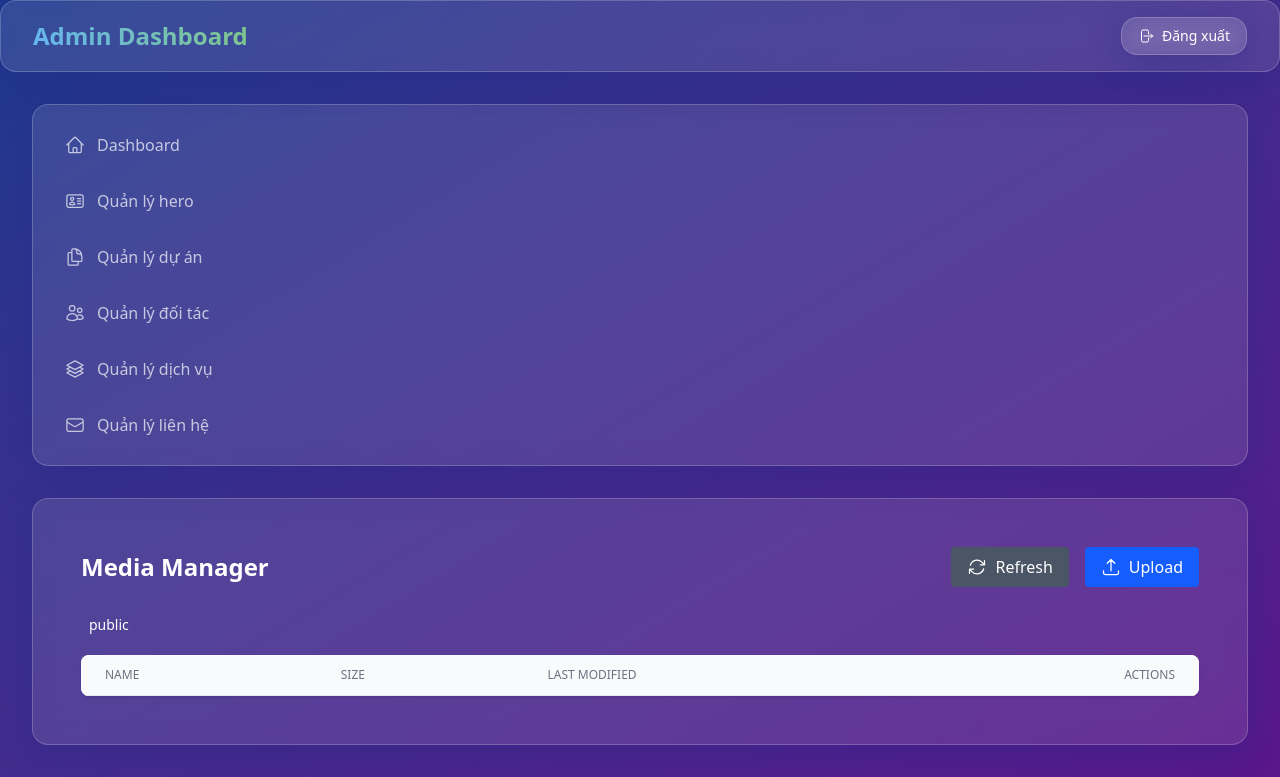
Repository: nguyenkhuyen158/voice-talent2
Page: /admin/media
These files come from the project's save history. The page is drawn as it stood at one moment and after the next save; the edit follows.
The browser window is 1280 px wide. The pictures show the whole page.
The page's requests for data from a server got no answer. The project was rebuilt for these pictures with package versions that can differ from the ones it lists, and the page was loaded fresh each time. The framework's server and built-in components were replaced by stand-ins that run in the browser. No one was signed in, and anything a server would have sent is missing. Also part of the build but not shown: next.config.ts.

Above is the page before, as saved 2025-06-19 10:16:54.

### app/admin/layout.tsx
'use client';
import { useState } from 'react';
import Link from 'next/link';
import { useRouter, usePathname } from 'next/navigation';
import {
  DocumentDuplicateIcon,
  UsersIcon,
  ArrowRightOnRectangleIcon,
  HomeIcon,
  EnvelopeIcon,
  Square3Stack3DIcon,
  IdentificationIcon
} from '@heroicons/react/24/outline';
import { toast } from 'react-hot-toast';

const menuItems = [
  {
    name: 'Dashboard',
    href: '/admin/dashboard',
    icon: HomeIcon
  },
  {
    name: 'Quản lý hero',
    href: '/admin/hero',
    icon: IdentificationIcon
  },  {
    name: 'Quản lý dự án',
    href: '/admin/projects',
    icon: DocumentDuplicateIcon
  },
  {
    name: 'Quản lý đối tác',
    href: '/admin/partners',
    icon: UsersIcon
  },
  {
    name: 'Quản lý dịch vụ',
    href: '/admin/services',
    icon: Square3Stack3DIcon
  },
  {
    name: 'Quản lý liên hệ',
    href: '/admin/contact',
    icon: EnvelopeIcon
  }
];

export default function AdminLayout({ children }: { children: React.ReactNode }) {
  const router = useRouter();
  const pathname = usePathname();
  const [isLoading, setIsLoading] = useState(false);

  const isLoginPage = pathname === '/admin/login';

  const handleLogout = async () => {
    setIsLoading(true);
    try {
      const response = await fetch('/api/auth/login', {
        method: 'DELETE',
      });

      if (response.ok) {
        toast.success('Đăng xuất thành công');
        router.push('/admin/login');
        router.refresh();
      }
    } catch (error) {
      toast.error('Lỗi khi đăng xuất');
    } finally {
      setIsLoading(false);
    }
  };
  if (isLoginPage) {
    return (
      <div className="min-h-screen bg-gradient-to-br from-blue-900 to-purple-900">
        {children}
      </div>
    );
  }

  return (
    <div className="min-h-screen bg-gradient-to-br from-blue-900 to-purple-900">
      {/* Header */}
      <header className="glass-card backdrop-blur-md border-b border-white/10 sticky top-0 z-50">
        <div className="max-w-7xl mx-auto px-4 sm:px-6 lg:px-8 py-4">
          <div className="flex items-center justify-between">
            <h1 className="text-2xl font-bold gradient-text">Admin Dashboard</h1>
            <button
              onClick={handleLogout}
              disabled={isLoading}
              className="px-4 py-2 text-sm flex items-center gap-2 glass-card hover:bg-white/5 transition-colors rounded-lg"
            >
              <ArrowRightOnRectangleIcon className="w-4 h-4" />
              {isLoading ? 'Đang xử lý...' : 'Đăng xuất'}
            </button>
          </div>
        </div>
      </header>

      {/* Side Navigation */}
      <div className="max-w-7xl mx-auto px-4 sm:px-6 lg:px-8 py-8">
        <div className="grid lg:grid-cols-[240px,1fr] gap-8">
          <nav className="glass-card p-4 h-fit">
            <ul className="space-y-2">
              {menuItems.map((item) => {
                const isActive = pathname === item.href;
                return (
                  <li key={item.href}>
                    <Link
                      href={item.href}
                      className={`flex items-center gap-3 px-4 py-3 rounded-lg transition-all ${
                        isActive
                          ? 'bg-blue-600/20 text-blue-400'
                          : 'hover:bg-white/5 text-white/70 hover:text-white'
                      }`}
                    >
                      <item.icon className="w-5 h-5" />
                      <span>{item.name}</span>
                    </Link>
                  </li>
                );
              })}
            </ul>
          </nav>

          {/* Main Content */}
          <main className="glass-card p-6">
            {children}
          </main>
        </div>
      </div>
    </div>
  );
}

### app/admin/media/layout.tsx
export const metadata = {
  title: 'Media Manager - Admin - Voice Pro',
  description: 'Manage media files for Voice Pro website',
}

export default function MediaLayout({
  children,
}: {
  children: React.ReactNode
}) {
  return <>{children}</>
}

### app/admin/media/page.tsx
'use client';
import { useState, useEffect } from 'react';
import {
  FolderIcon,
  DocumentIcon,
  ArrowUpTrayIcon,
  TrashIcon,
  PencilIcon,
  DocumentDuplicateIcon,
  ArrowPathIcon,
} from '@heroicons/react/24/outline';

interface File {
  name: string;
  path: string;
  isDirectory: boolean;
  size: number;
  lastModified: string;
}

export default function MediaPage() {
  const [currentDir, setCurrentDir] = useState('');
  const [files, setFiles] = useState<File[]>([]);
  const [loading, setLoading] = useState(true);
  const [selectedFile, setSelectedFile] = useState<File | null>(null);
  const [renameMode, setRenameMode] = useState<string | null>(null);
  const [newName, setNewName] = useState('');
  const [uploading, setUploading] = useState(false);

  const loadFiles = async () => {
    try {
      setLoading(true);
      const res = await fetch('/api/media?dir=' + currentDir);
      const data = await res.json();
      if (data.files) {
        setFiles(data.files);
      }
    } catch (error) {
      console.error('Error loading files:', error);
    } finally {
      setLoading(false);
    }
  };

  useEffect(() => {
    loadFiles();
  }, [currentDir]);

  const handleUpload = async (event: React.ChangeEvent<HTMLInputElement>) => {
    const files = event.target.files;
    if (!files?.length) return;

    try {
      setUploading(true);
      for (const file of files) {
        const formData = new FormData();
        formData.append('file', file);
        formData.append('dir', currentDir);

        const res = await fetch('/api/media', {
          method: 'POST',
          body: formData,
        });

        if (!res.ok) {
          throw new Error('Upload failed');
        }
      }
      await loadFiles();
    } catch (error) {
      console.error('Error uploading:', error);
      alert('Upload failed');
    } finally {
      setUploading(false);
      event.target.value = '';
    }
  };

  const handleDelete = async (file: File) => {
    if (!confirm(`Are you sure you want to delete ${file.name}?`)) {
      return;
    }

    try {
      const res = await fetch('/api/media?path=' + file.path, {
        method: 'DELETE',
      });

      if (!res.ok) {
        throw new Error('Delete failed');
      }

      await loadFiles();
    } catch (error) {
      console.error('Error deleting:', error);
      alert('Delete failed');
    }
  };

  const handleRename = async (file: File) => {
    if (!newName) return;

    try {
      const newPath = file.path.replace(file.name, newName);
      const res = await fetch('/api/media', {
        method: 'PATCH',
        headers: { 'Content-Type': 'application/json' },
        body: JSON.stringify({
          oldPath: file.path,
          newPath,
        }),
      });

      if (!res.ok) {
        throw new Error('Rename failed');
      }

      setRenameMode(null);
      setNewName('');
      await loadFiles();
    } catch (error) {
      console.error('Error renaming:', error);
      alert('Rename failed');
    }
  };

  const handleCopy = async (file: File) => {
    try {
      const baseName = file.name.replace(/(\.[^.]+)$/, '');
      const ext = file.name.match(/(\.[^.]+)$/)?.[1] || '';
      let newPath = file.path.replace(file.name, baseName + '_copy' + ext);

      const res = await fetch('/api/media', {
        method: 'PUT',
        headers: { 'Content-Type': 'application/json' },
        body: JSON.stringify({
          path: file.path,
          operation: 'copy',
          destination: newPath,
        }),
      });

      if (!res.ok) {
        throw new Error('Copy failed');
      }

      await loadFiles();
    } catch (error) {
      console.error('Error copying:', error);
      alert('Copy failed');
    }
  };

  const formatSize = (bytes: number) => {
    if (bytes === 0) return '0 B';
    const k = 1024;
    const sizes = ['B', 'KB', 'MB', 'GB'];
    const i = Math.floor(Math.log(bytes) / Math.log(k));
    return (bytes / Math.pow(k, i)).toFixed(1) + ' ' + sizes[i];
  };

  const formatDate = (dateString: string) => {
    return new Date(dateString).toLocaleString();
  };

  const navigateToFolder = (folder: File) => {
    if (folder.isDirectory) {
      setCurrentDir(folder.path);
    }
  };

  const navigateUp = () => {
    const parentDir = currentDir.split('/').slice(0, -1).join('/');
    setCurrentDir(parentDir);
  };

  return (
    <div className="p-6">
      <div className="mb-6 flex justify-between items-center">
        <h1 className="text-2xl font-bold">Media Manager</h1>
        <div className="flex gap-4">
          <button
            onClick={loadFiles}
            className="flex items-center gap-2 px-4 py-2 bg-gray-600 text-white rounded hover:bg-gray-700"
          >
            <ArrowPathIcon className="w-5 h-5" />
            Refresh
          </button>
          <label className="flex items-center gap-2 px-4 py-2 bg-blue-600 text-white rounded hover:bg-blue-700 cursor-pointer">
            <ArrowUpTrayIcon className="w-5 h-5" />
            Upload
            <input
              type="file"
              multiple
              onChange={handleUpload}
              className="hidden"
              disabled={uploading}
            />
          </label>
        </div>
      </div>

      {/* Breadcrumb */}
      <div className="flex items-center gap-2 mb-4">
        <button
          onClick={() => setCurrentDir('')}
          className="px-2 py-1 text-sm hover:bg-gray-100 rounded"
        >
          public
        </button>
        {currentDir.split('/').filter(Boolean).map((part, i, arr) => (
          <div key={i} className="flex items-center">
            <span>/</span>
            <button
              onClick={() => setCurrentDir(arr.slice(0, i + 1).join('/'))}
              className="px-2 py-1 text-sm hover:bg-gray-100 rounded"
            >
              {part}
            </button>
          </div>
        ))}
      </div>

      {/* File List */}
      <div className="bg-white rounded-lg shadow overflow-hidden">
        <table className="min-w-full divide-y divide-gray-200">
          <thead className="bg-gray-50">
            <tr>
              <th scope="col" className="px-6 py-3 text-left text-xs font-medium text-gray-500 uppercase">Name</th>
              <th scope="col" className="px-6 py-3 text-left text-xs font-medium text-gray-500 uppercase">Size</th>
              <th scope="col" className="px-6 py-3 text-left text-xs font-medium text-gray-500 uppercase">Last Modified</th>
              <th scope="col" className="px-6 py-3 text-right text-xs font-medium text-gray-500 uppercase">Actions</th>
            </tr>
          </thead>
          <tbody className="bg-white divide-y divide-gray-200">
            {currentDir && (
              <tr className="hover:bg-gray-50">
                <td className="px-6 py-4">
                  <button
                    onClick={navigateUp}
                    className="flex items-center gap-2 text-gray-900"
                  >
                    <FolderIcon className="w-5 h-5 text-gray-400" />
                    ..
                  </button>
                </td>
                <td className="px-6 py-4"></td>
                <td className="px-6 py-4"></td>
                <td className="px-6 py-4"></td>
              </tr>
            )}
            {loading ? (
              <tr>
                <td colSpan={4} className="px-6 py-4 text-center">Loading...</td>
              </tr>
            ) : (
              files.map((file) => (
                <tr key={file.path} className="hover:bg-gray-50">
                  <td className="px-6 py-4">
                    {renameMode === file.path ? (
                      <div className="flex items-center space-x-3 bg-gray-50 p-2 rounded-lg">
                        <input
                          type="text"
                          value={newName}
                          onChange={(e) => setNewName(e.target.value)}
                          className="block w-full px-3 py-2 text-gray-900 placeholder-gray-500 border border-gray-300 rounded-md focus:outline-none focus:ring-2 focus:ring-blue-500 focus:border-blue-500 bg-white shadow-sm"
                          autoFocus
                        />
                        <button
                          onClick={() => handleRename(file)}
                          className="px-3 py-1.5 text-sm font-medium text-white bg-green-600 hover:bg-green-700 rounded-md transition-colors duration-200"
                        >
                          Save
                        </button>
                        <button
                          onClick={() => {
                            setRenameMode(null);
                            setNewName('');
                          }}
                          className="px-3 py-1.5 text-sm font-medium text-white bg-red-600 hover:bg-red-700 rounded-md transition-colors duration-200"
                        >
                          Cancel
                        </button>
                      </div>
                    ) : (
                      <button
                        onClick={() => file.isDirectory && navigateToFolder(file)}
                        className="flex items-center gap-2 text-gray-900"
                      >
                        {file.isDirectory ? (
                          <FolderIcon className="w-5 h-5 text-gray-400" />
                        ) : (
                          <DocumentIcon className="w-5 h-5 text-gray-400" />
                        )}
                        {file.name}
                      </button>
                    )}
                  </td>
                  <td className="px-6 py-4 text-sm text-gray-500">
                    {file.isDirectory ? '-' : formatSize(file.size)}
                  </td>
                  <td className="px-6 py-4 text-sm text-gray-500">
                    {formatDate(file.lastModified)}
                  </td>
                  <td className="px-6 py-4 text-right text-sm">
                    <div className="flex justify-end gap-2">
                      {!file.isDirectory && (
                        <button
                          onClick={() => handleCopy(file)}
                          className="text-blue-600 hover:text-blue-700"
                          title="Copy"
                        >
                          <DocumentDuplicateIcon className="w-5 h-5" />
                        </button>
                      )}
                      <button
                        onClick={() => {
                          setRenameMode(file.path);
                          setNewName(file.name);
                        }}
                        className="text-yellow-600 hover:text-yellow-700"
                        title="Rename"
                      >
                        <PencilIcon className="w-5 h-5" />
                      </button>
                      <button
                        onClick={() => handleDelete(file)}
                        className="text-red-600 hover:text-red-700"
                        title="Delete"
                      >
                        <TrashIcon className="w-5 h-5" />
                      </button>
                    </div>
                  </td>
                </tr>
              ))
            )}
          </tbody>
        </table>
      </div>
    </div>
  );
}

### app/globals.css
@import "tailwindcss";

@tailwind base;
@tailwind components;
@tailwind utilities;

:root {
  --foreground-rgb: 0, 0, 0;
  --background-start-rgb: 214, 219, 220;
  --background-end-rgb: 255, 255, 255;
  --glass-bg: rgba(255, 255, 255, 0.1);
  --glass-border: rgba(255, 255, 255, 0.2);
  --glass-shadow: 0 8px 32px 0 rgba(31, 38, 135, 0.37);
}

html {
  scroll-behavior: smooth;
}

body {
  color: rgb(var(--foreground-rgb));
  background: linear-gradient(135deg, #1a1f38 0%, #2d3a6d 100%);
  color: #ffffff;
  overflow-x: hidden;
}

/* Glassmorphism card */
.glass-card {
  background: var(--glass-bg);
  backdrop-filter: blur(10px);
  -webkit-backdrop-filter: blur(10px);
  border: 1px solid var(--glass-border);
  box-shadow: var(--glass-shadow);
  border-radius: 1rem;
  transition: all 0.3s ease;
}

.glass-card:hover {
  transform: translateY(-5px);
  box-shadow: var(--glass-shadow), 0 10px 40px rgba(0, 0, 0, 0.2);
}

/* Navigation glass effect */
.nav-glass {
  background: rgba(255, 255, 255, 0.05);
  backdrop-filter: blur(10px);
  -webkit-backdrop-filter: blur(10px);
  border-bottom: 1px solid rgba(255, 255, 255, 0.1);
}

/* Gradient text */
.gradient-text {
  background: linear-gradient(45deg, #64b5f6, #81c784);
  -webkit-background-clip: text;
  background-clip: text;
  color: transparent;
}

/* Scroll section */
.scroll-section {
  min-height: 100vh;
  display: flex;
  align-items: center;
  justify-content: center;
  position: relative;
}

/* Parallax background */
.parallax-bg {
  position: absolute;
  top: 0;
  left: 0;
  width: 100%;
  height: 100%;
  object-fit: cover;
  z-index: -1;
}

/* Animate on scroll */
.fade-up {
  opacity: 0;
  transform: translateY(30px);
  transition: all 0.6s ease;
}

.fade-up.visible {
  opacity: 1;
  transform: translateY(0);
}

/* Custom animations */
@keyframes float {
  0% {
    transform: translateY(0px);
  }
  50% {
    transform: translateY(-10px);
  }
  100% {
    transform: translateY(0px);
  }
}

.animate-float {
  animation: float 3s ease-in-out infinite;
}

/* Sound wave animation */
@keyframes soundWave {
  0% {
    transform: scaleY(1);
  }
  50% {
    transform: scaleY(2);
  }
  100% {
    transform: scaleY(1);
  }
}

.sound-wave {
  display: flex;
  align-items: center;
  gap: 2px;
}

.sound-wave span {
  width: 2px;
  height: 20px;
  background: #64b5f6;
  animation: soundWave 1s ease-in-out infinite;
}

.sound-wave span:nth-child(2n) {
  animation-delay: 0.2s;
}

.sound-wave span:nth-child(3n) {
  animation-delay: 0.4s;
}

/* Partner logos */
.partner-grid {
  display: grid;
  grid-template-columns: repeat(3, 1fr);
  gap: 2.5rem;
  align-items: center;
}

@media (min-width: 768px) {
  .partner-grid {
    grid-template-columns: repeat(4, 1fr);
  }
}

@media (min-width: 1024px) {
  .partner-grid {
    grid-template-columns: repeat(5, 1fr);
  }
}

.partner-logo {
  filter: grayscale(100%) brightness(1.5);
  transition: all 0.3s ease;
  opacity: 0.6;
}

.partner-logo:hover {
  filter: grayscale(0%) brightness(1);
  opacity: 1;
}

Loaded but not shown: app/layout.tsx (common file)

After the next save:
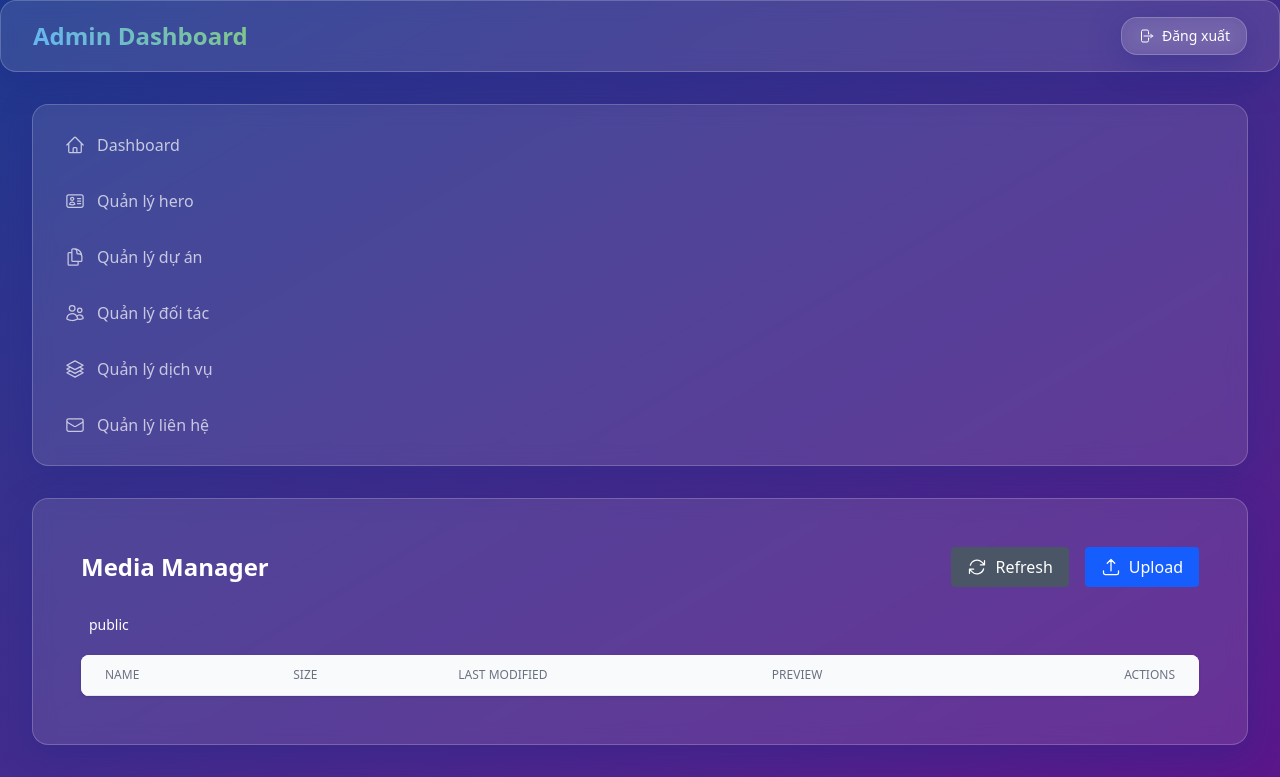
Saved 2 min 13 s later.
--- a/app/admin/media/page.tsx
+++ b/app/admin/media/page.tsx
@@ -221,14 +221,14 @@ export default function MediaPage() {
         ))}
       </div>
 
-      {/* File List */}
-      <div className="bg-white rounded-lg shadow overflow-hidden">
+      {/* File List */}      <div className="bg-white rounded-lg shadow overflow-x-auto">
         <table className="min-w-full divide-y divide-gray-200">
           <thead className="bg-gray-50">
             <tr>
               <th scope="col" className="px-6 py-3 text-left text-xs font-medium text-gray-500 uppercase">Name</th>
-              <th scope="col" className="px-6 py-3 text-left text-xs font-medium text-gray-500 uppercase">Size</th>
-              <th scope="col" className="px-6 py-3 text-left text-xs font-medium text-gray-500 uppercase">Last Modified</th>
+              <th scope="col" className="hidden md:table-cell px-6 py-3 text-left text-xs font-medium text-gray-500 uppercase">Size</th>
+              <th scope="col" className="hidden lg:table-cell px-6 py-3 text-left text-xs font-medium text-gray-500 uppercase">Last Modified</th>
+              <th scope="col" className="px-6 py-3 text-left text-xs font-medium text-gray-500 uppercase">Preview</th>
               <th scope="col" className="px-6 py-3 text-right text-xs font-medium text-gray-500 uppercase">Actions</th>
             </tr>
           </thead>
